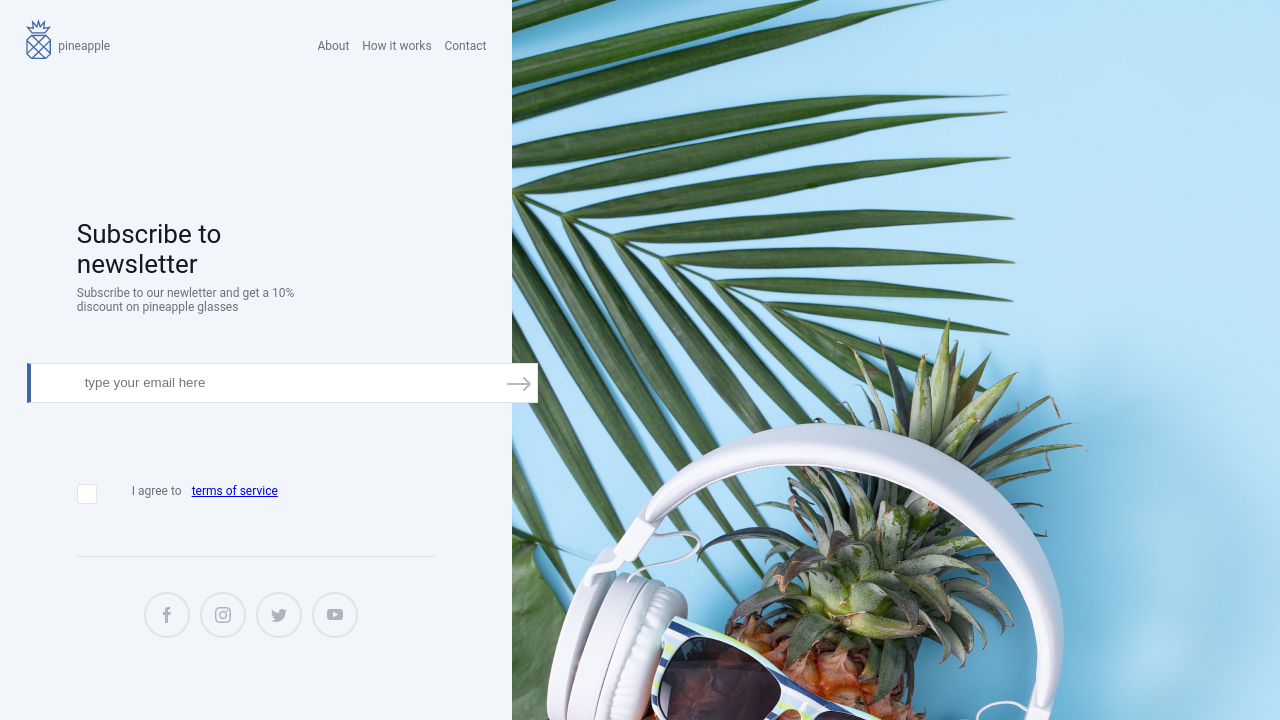
Repository: PaulsBebris/megabit-task
Page: /
An editor plug-in stored every save of this project. The page is shown before and after the next save, followed by the edit.
The browser window is 1280 px wide. The pictures show the whole page.
The project was rebuilt for these pictures with package versions that can differ from the ones it lists, and the page was loaded fresh each time.

Above is the page before, as saved 2021-04-19 21:03:43.

After the next save:
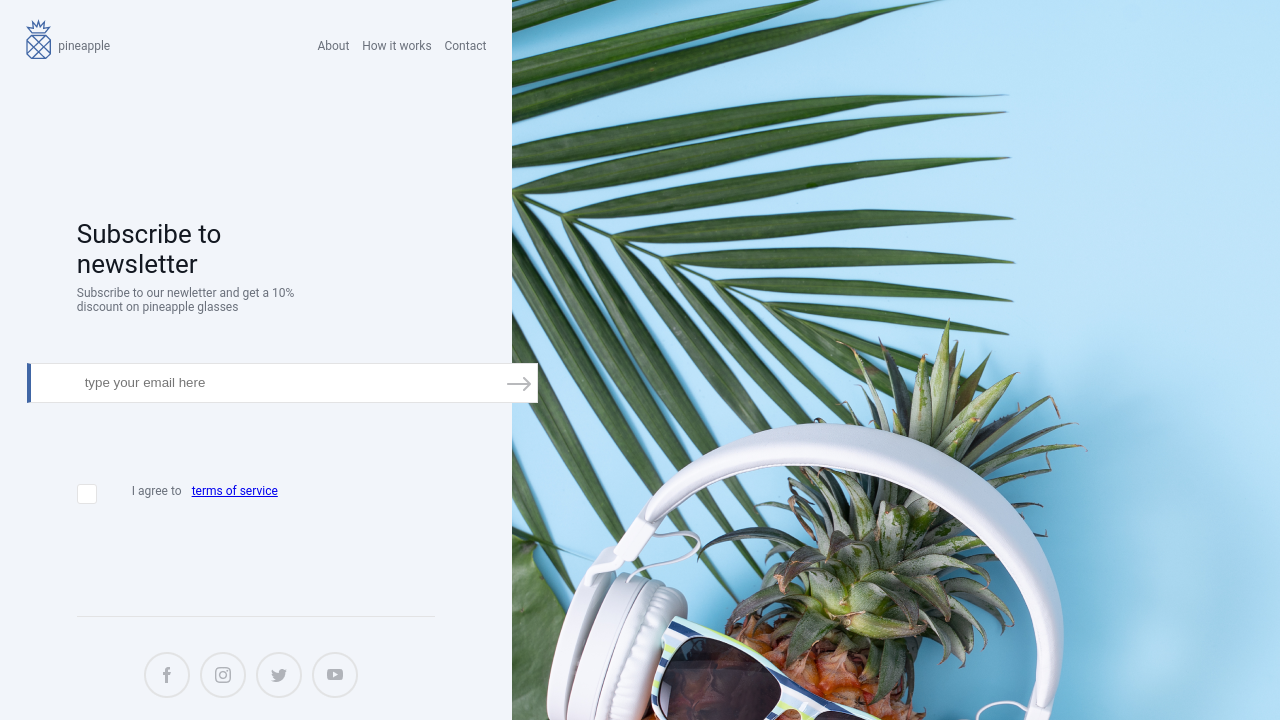
Saved 5 min 44 s later.
--- a/src/views/Home.vue
+++ b/src/views/Home.vue
@@ -180,7 +180,7 @@ export default {
   *
   */
 .checkbox-wrapper {
-  //
+  height: 80px;
 }
 .checkbox-unchecked {
   width: 20px;
